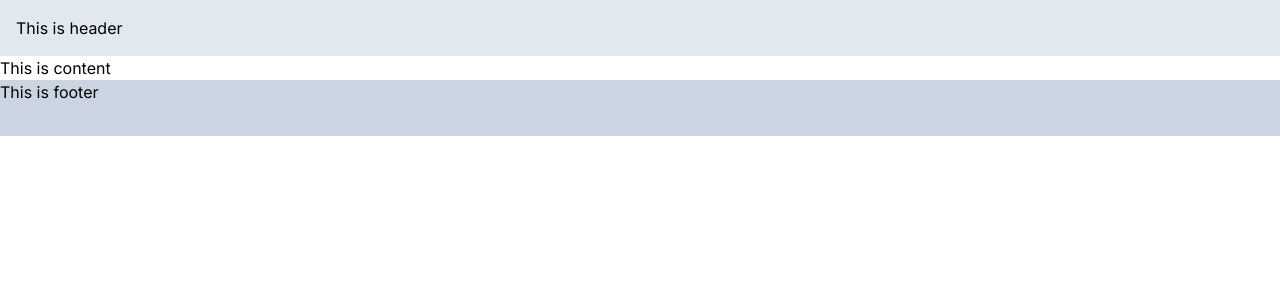
Repository: nirazanbasnet/test-react-swipeable
Page: /
These files come from the project's save history. The page is drawn as it stood at one moment and after a run of saves; the edit follows.
The browser window is 1280 px wide. The pictures show the whole page.
The project was rebuilt for these pictures with package versions that can differ from the ones it lists, and the page was loaded fresh each time. The framework's server and built-in components were replaced by stand-ins that run in the browser. Also part of the build but not shown: next.config.mjs.

Above is the page before, as saved 2024-02-07 09:42:13.

### src/app/layout.js
import { Inter } from "next/font/google";
import "./globals.css";
import AppLayout from "@/components/AppLayout";

const inter = Inter({ subsets: ["latin"] });

export const metadata = {
  title: "Create Next App",
  description: "Generated by create next app",
};

export default function RootLayout({ children }) {
  return (
		<html lang="en">
			<body className={inter.className}>
				<AppLayout>{children}</AppLayout>
			</body>
		</html>
	);
}

### src/app/page.js
"use client";

import { useEffect } from "react";

export default function Home() {
	useEffect(() => {
		const updateDocumentHeight = () => {
			const doc = document.documentElement;
			doc.style.setProperty("--doc-height", `${window.innerHeight}px`);
		};

		// Set the height initially and on window resize
		window.addEventListener("resize", updateDocumentHeight);
		updateDocumentHeight();

		// Clean up the event listener when the component unmounts
		return () => window.removeEventListener("resize", updateDocumentHeight);
	}, []);
	return <div>This is content</div>;
}

### src/app/globals.css
@tailwind base;
@tailwind components;
@tailwind utilities;

:root {
 --doc-height: 100%;
}

html,
body {
 padding: 0;
 margin: 0;
 height: 100vh; /* fallback for Js load */
 height: var(--doc-height);
}

### src/components/AppLayout.js
export default function AppLayout({ children }) {
	return (
		<>
			<header className="flex items-center px-4 h-14 bg-slate-200">This is header</header>
			<main>{children}</main>
			<footer className="h-14 bg-slate-300">This is footer</footer>
		</>
	);
}

Loaded but not shown: tailwind.config.js (common file)

After the next 2 saves:
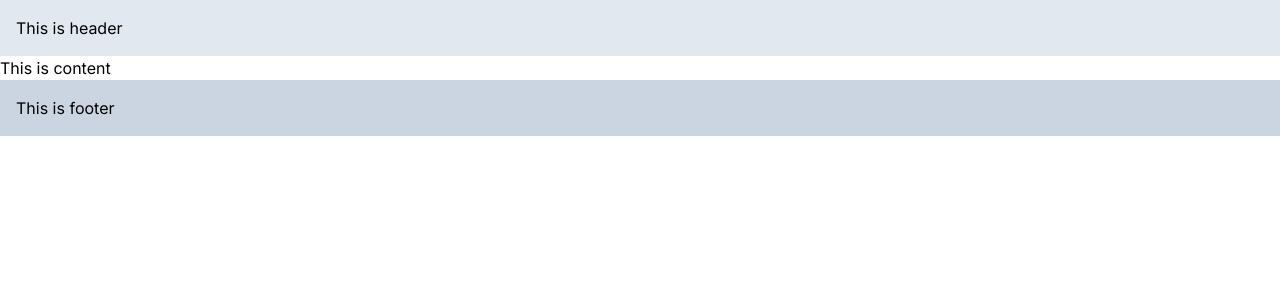
The 2 saves are shown as one change because they came seconds apart.
The last was saved 9 s later.
--- a/src/components/AppLayout.js
+++ b/src/components/AppLayout.js
@@ -1,9 +1,13 @@
 export default function AppLayout({ children }) {
 	return (
 		<>
-			<header className="flex items-center px-4 h-14 bg-slate-200">This is header</header>
+			<header className="flex items-center px-4 h-14 bg-slate-200">
+				This is header
+			</header>
 			<main>{children}</main>
-			<footer className="h-14 bg-slate-300">This is footer</footer>
+			<footer className="flex items-center px-4 h-14 bg-slate-300">
+				This is footer
+			</footer>
 		</>
 	);
 }
